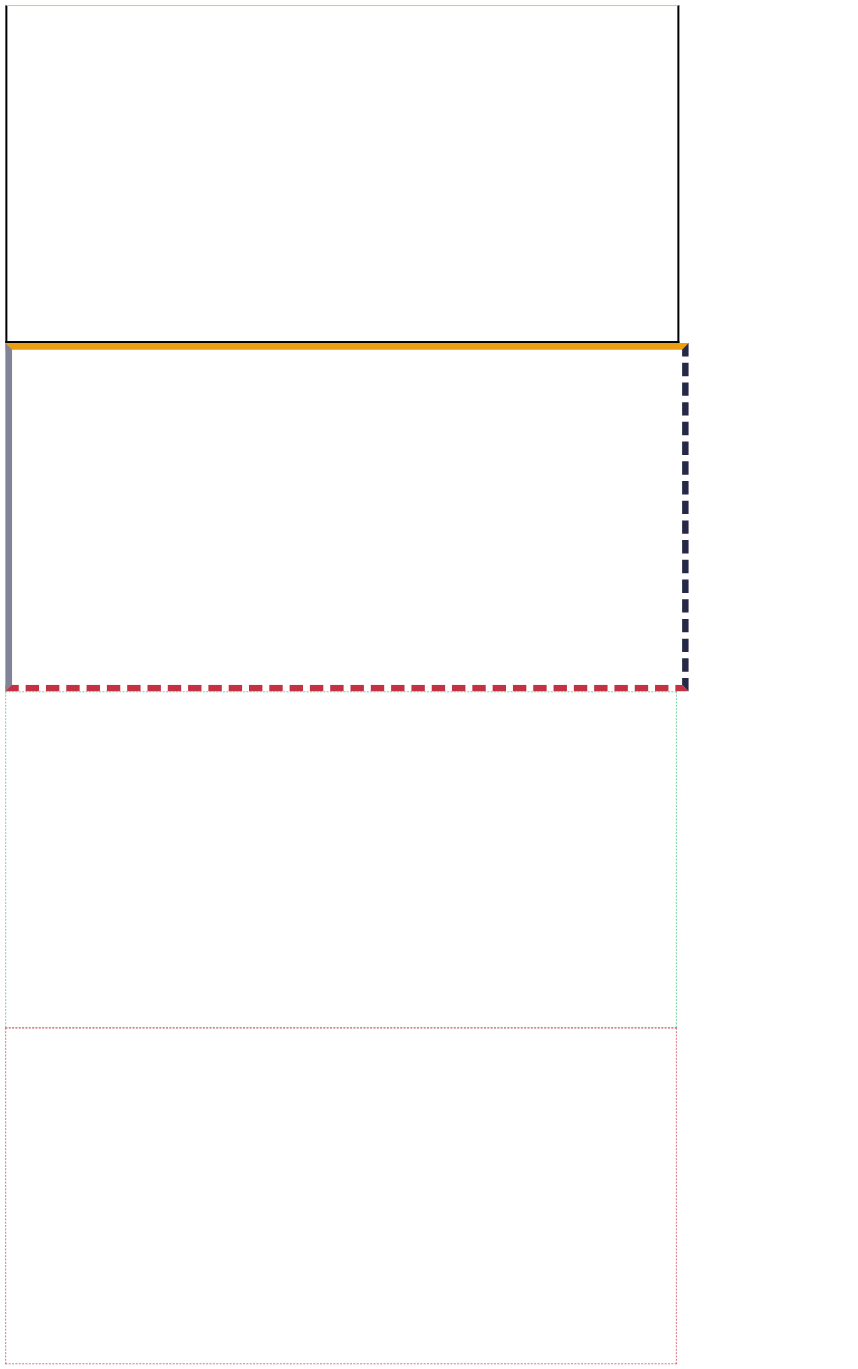
Repository: SharkPem/WebLearn
Page: Learn_HTML_CSS_cong0dao1/practise_17.html
An editor plug-in stored every save of this project. The page is shown before and after the next save, followed by the edit.
The browser window is 1280 px wide. The pictures show the whole page, at 67% of full size.

Above is the page before, as saved 2022-05-12 15:56:02.

After the next save:
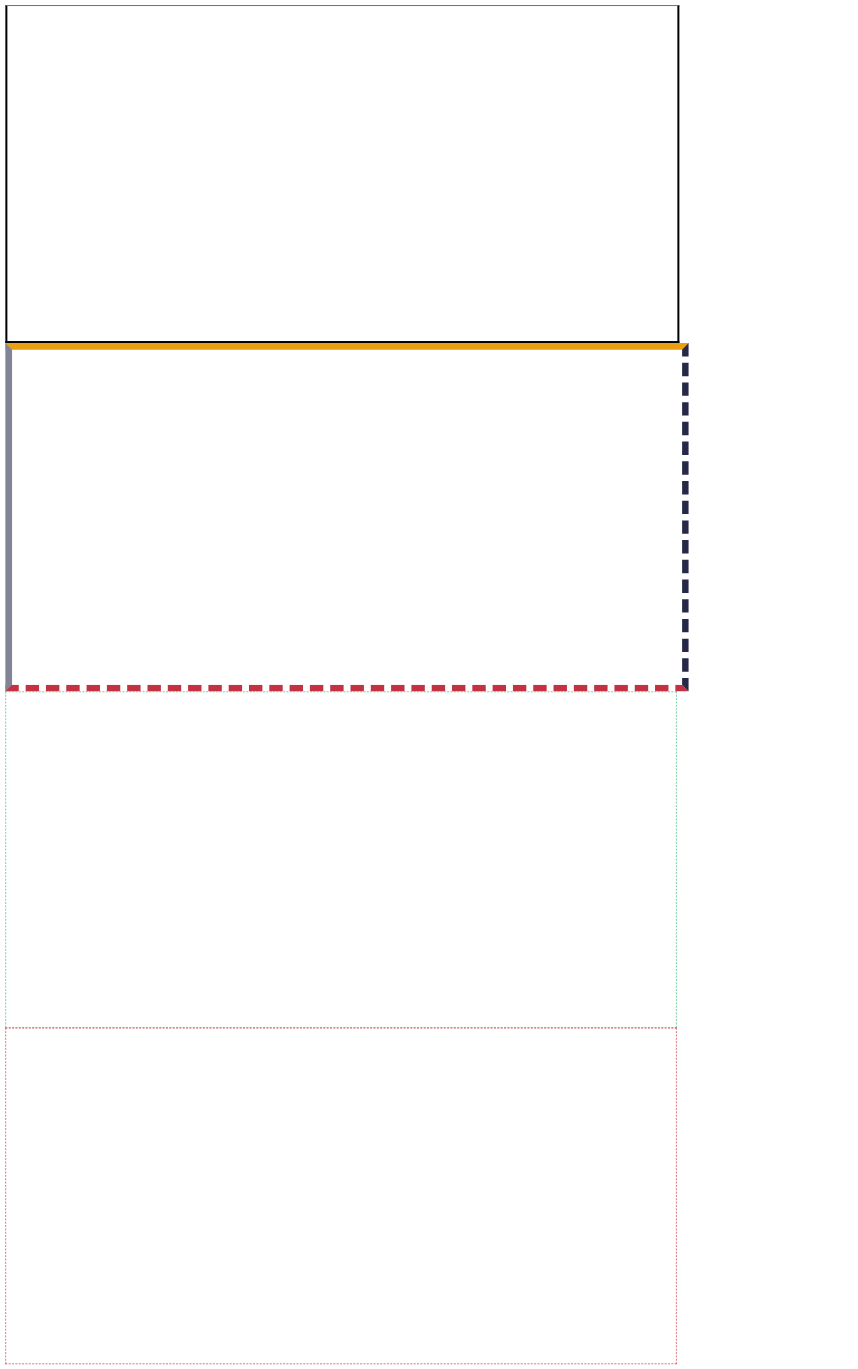
Saved 98 s later.
--- a/Learn_HTML_CSS_cong0dao1/practise_17.html
+++ b/Learn_HTML_CSS_cong0dao1/practise_17.html
@@ -11,7 +11,7 @@
         }
 
         #div1 {
-            border-top: 1px #eb9e11;
+            border-top: 1px #252947;
             border-style: solid;
         }
 
